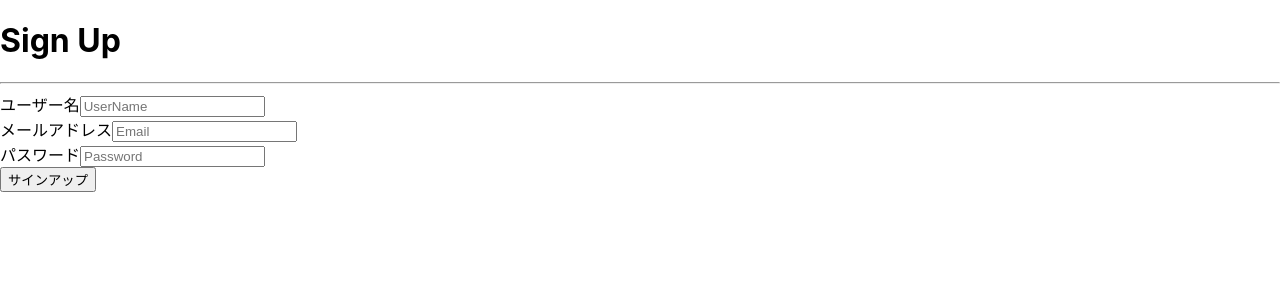
Repository: tosaken1116/Backs-of-seniors-hackathon
Page: /components/SignUpModal
An editor plug-in stored every save of this project. The page is shown before and after the next save, followed by the edit.
The browser window is 1280 px wide. The pictures show the whole page.
The project was rebuilt for these pictures with package versions that can differ from the ones it lists, and the page was loaded fresh each time. The framework's server and built-in components were replaced by stand-ins that run in the browser. Also part of the build but not shown: next.config.js.

Above is the page before, as saved 2022-07-16 17:43:09.

After the next save:
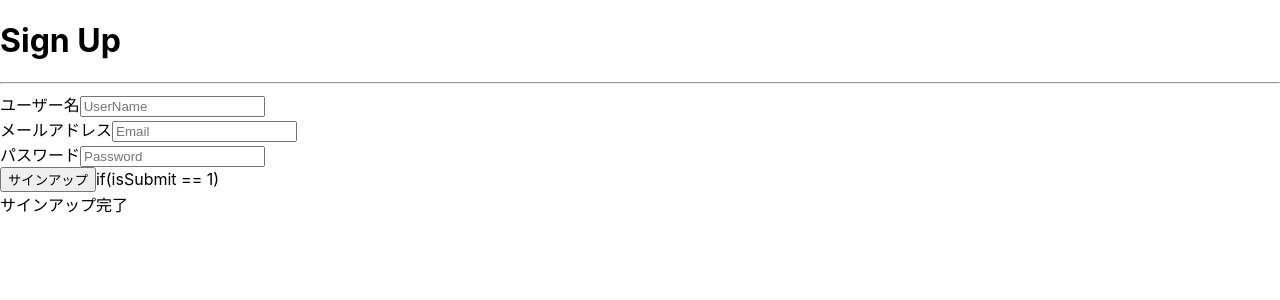
Saved 112 s later.
--- a/pages/components/SignUpModal.tsx
+++ b/pages/components/SignUpModal.tsx
@@ -96,6 +96,7 @@ export default function SignInModal() {
                     <button className="SubmitButton" type="submit">
                         サインアップ
                     </button>
+                    if(isSubmit == 1){<div>サインアップ完了</div>}
                     {/* {Object.keys isSubmit && ( <div>サインアップ完了</div>)}*/}
                 </div>
             </form>
